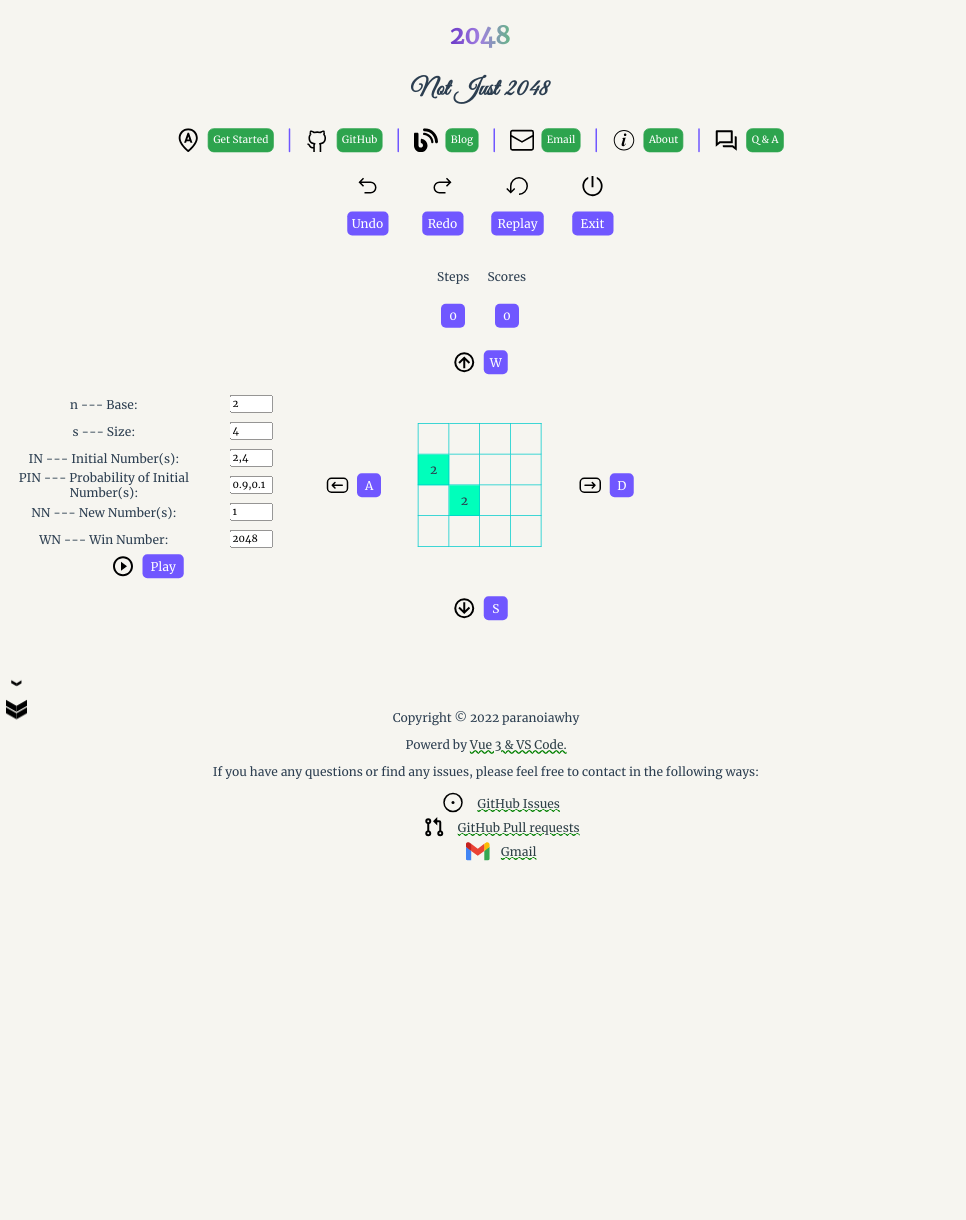
Repository: 321paranoiawhy/2048
Page: /
An editor plug-in stored every save of this project. The page is shown before and after the next save, followed by the edit.
The browser window is 1280 px wide. The page is 1288 px wide, then 1280 px, then 1288 px, so the pictures cover 1288 px, including what lies to the right of the window. The pictures show the whole page, at 75% of full size.
The project was rebuilt for these pictures with package versions that can differ from the ones it lists, and the page was loaded fresh each time. Also part of the build but not shown: vue.config.js.

Above is the page before, as saved 2022-04-29 20:59:13.

### src/App.vue
<template>
    <router-view />
</template>

<style lang="scss">
// 字体
@font-face {
    font-family: Merriweather-Regular;
    src: url(/src/assets/fonts/Merriweather-Regular.ttf);
}
#app {
    font-family: Merriweather-Regular;
    -webkit-font-smoothing: antialiased;
    -moz-osx-font-smoothing: grayscale;
    text-align: center;
    color: #2c3e50;
}
// 网页背景色 https://manuelmoreale.com/
html {
    background-color: #f6f5f0;
    scroll-behavior: smooth;
}
nav {
    padding: 30px;

    a {
        font-weight: bold;
        color: #2c3e50;

        &.router-link-exact-active {
            color: #42b983;
        }
    }
}
</style>

### src/components/footer.vue
<template>
    <!-- https://www.rapidtables.com/web/html/html-codes/html-code-copyright.html -->
    <!-- &copy; -->
    <!-- &#9400; -->
    <footer>
        <div class="container">
            <div class="chevron"></div>
            <div class="chevron"></div>
            <div class="chevron"></div>
        </div>
        <!-- <img
            src="../assets/images/IcRoundKeyboardDoubleArrowDown.svg"
            alt="DoubleArrowDown"
            class="double-arrow-down"
        /> -->
        <p>Copyright &copy; 2022 paranoiawhy</p>
        <p>Powerd by <a>Vue 3 & VS Code.</a></p>
        <p>
            If you have any questions or find any issues, please feel free to
            contact in the following ways:
        </p>
        <ul>
            <li>
                <img src="../assets/images/CodiconIssues.svg" alt="" />
                <a
                    href="https://github.com/321paranoiawhy/2048-Vue/issues"
                    target="_blank"
                    >GitHub Issues
                </a>
            </li>
            <li>
                <img src="../assets/images/MdiSourcePull.svg" alt="" />
                <a
                    href="https://github.com/321paranoiawhy/2048-Vue/pulls"
                    target="_blank"
                    >GitHub Pull requests
                </a>
            </li>
            <li>
                <img src="../assets/images/LogosGoogleGmail.svg" alt="" />
                <a href="mailto:paranoiawhy@gmail.com">Gmail</a>
            </li>
        </ul>
    </footer>
</template>

<script>
export default {
    name: "Footer",
};
</script>

<style lang="scss">
// 定义图标尺寸
$width-height: 32px;
// 文字波浪下划线 https://developer.mozilla.org/zh-CN/docs/Web/CSS/text-decoration
footer a {
    text-decoration: green wavy underline;
    color: #2c3e45;
}
footer {
    // display: flex;
    // justify-content: center;
    // align-items: center;
    position: absolute;
    width: 100%;
    height: 100%;
    // background: #fff;

    margin-top: 80px;
    & .double-arrow-down {
        width: 50px;
        height: 50px;
    }
    & ul {
        width: fit-content;
        margin-left: auto;
        margin-right: auto;
        & li {
            display: flex;
            justify-content: center;
            align-items: center;
            & img {
                width: $width-height;
                height: $width-height;
                margin-right: 15px;
            }
        }
    }
    & .container {
        position: relative;
        width: 24px;
        height: 24px;
    }
}

.chevron {
    position: absolute;
    width: 28px;
    height: 8px;
    opacity: 1;
    transform: scale3d(0.5, 0.5, 0.5);
    animation: move 3s ease-out infinite;
}

.chevron:first-child {
    animation: move 3s ease-out 1s infinite;
}

.chevron:nth-child(2) {
    animation: move 3s ease-out 2s infinite;
}

.chevron:before,
.chevron:after {
    content: " ";
    position: absolute;
    top: 0;
    height: 100%;
    width: 51%;
    background: black;
    // background: #fff;
}

.chevron:before {
    left: 0;
    transform: skew(0deg, 30deg);
}

.chevron:after {
    right: 0;
    width: 50%;
    transform: skew(0deg, -30deg);
}

@keyframes move {
    25% {
        opacity: 1;
    }
    33% {
        opacity: 1;
        transform: translateY(30px);
    }
    67% {
        opacity: 1;
        transform: translateY(40px);
    }
    100% {
        opacity: 1;
        transform: translateY(55px) scale3d(0.5, 0.5, 0.5);
    }
}
</style>

Loaded but not shown: public/index.html (common file); src/main.js (common file); src/store/index.js (common file); src/router/index.js (41 lines, source omitted); src/views/HomeView.vue (1187 lines, source omitted)

After the next save:
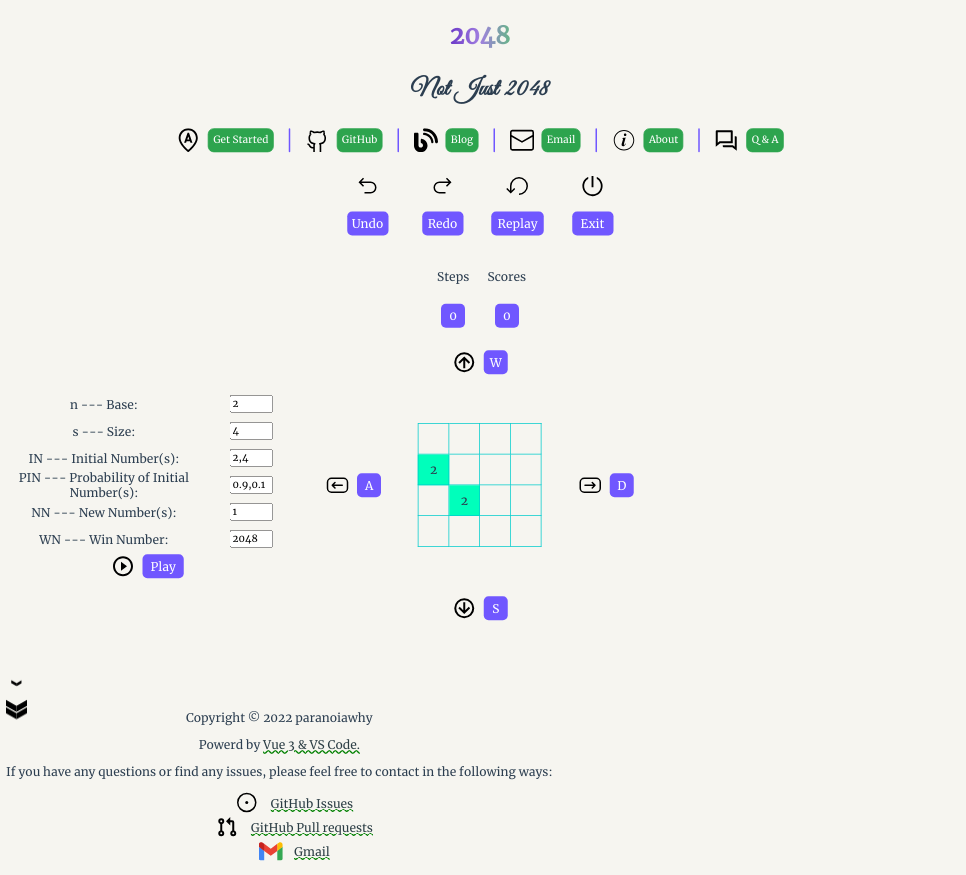
Saved 84 s later.
--- a/src/components/footer.vue
+++ b/src/components/footer.vue
@@ -63,8 +63,8 @@
     // justify-content: center;
     // align-items: center;
     position: absolute;
-    width: 100%;
-    height: 100%;
+    // width: 100%;
+    // height: 100%;
     // background: #fff;
 
     margin-top: 80px;

After the save that followed:
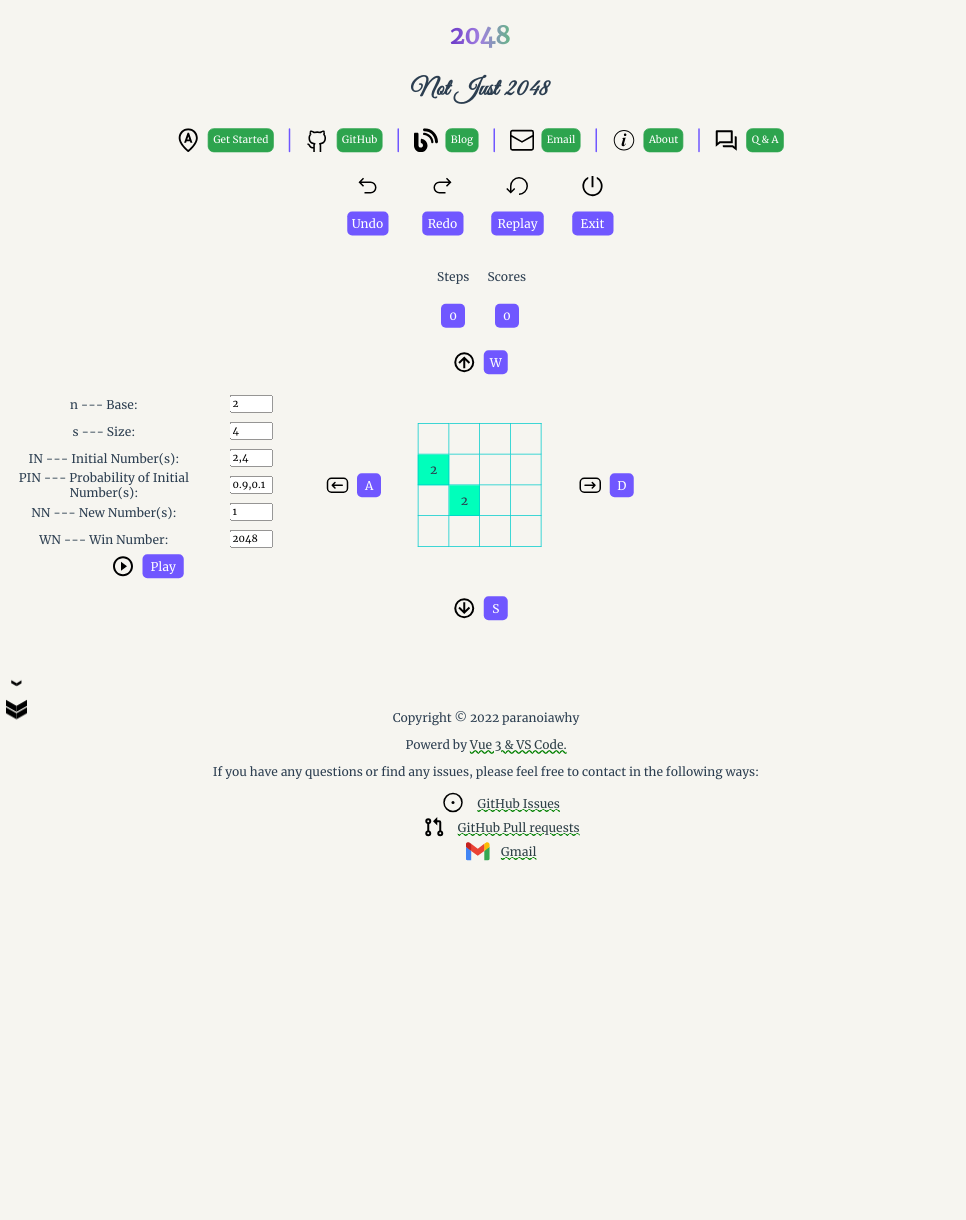
Saved 9 s later.
--- a/src/components/footer.vue
+++ b/src/components/footer.vue
@@ -63,8 +63,8 @@
     // justify-content: center;
     // align-items: center;
     position: absolute;
-    // width: 100%;
-    // height: 100%;
+    width: 100%;
+    height: 100%;
     // background: #fff;
 
     margin-top: 80px;
